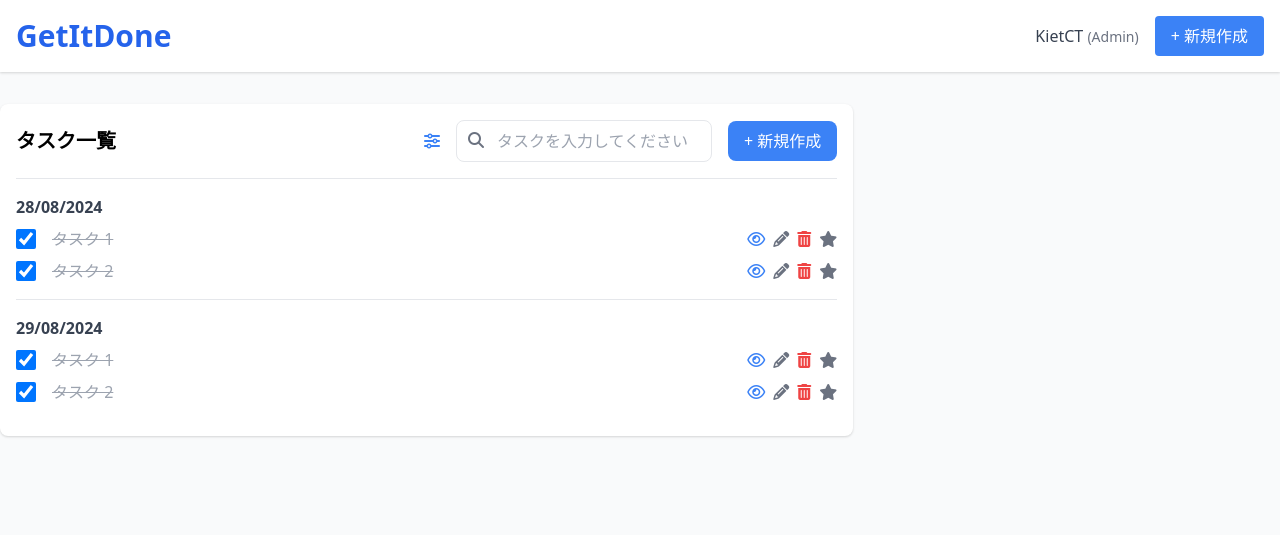
Repository: TuanAnhNguyen723/todolist
Page: mainscreen.html
These files come from the project's save history. The page is drawn as it stood at one moment and after the next save; the edit follows.
The browser window is 1280 px wide. The pictures show the whole page.
Some web libraries are served in a nearby version.

Above is the page before, as saved 2024-09-24 21:50:52.

After the next save:
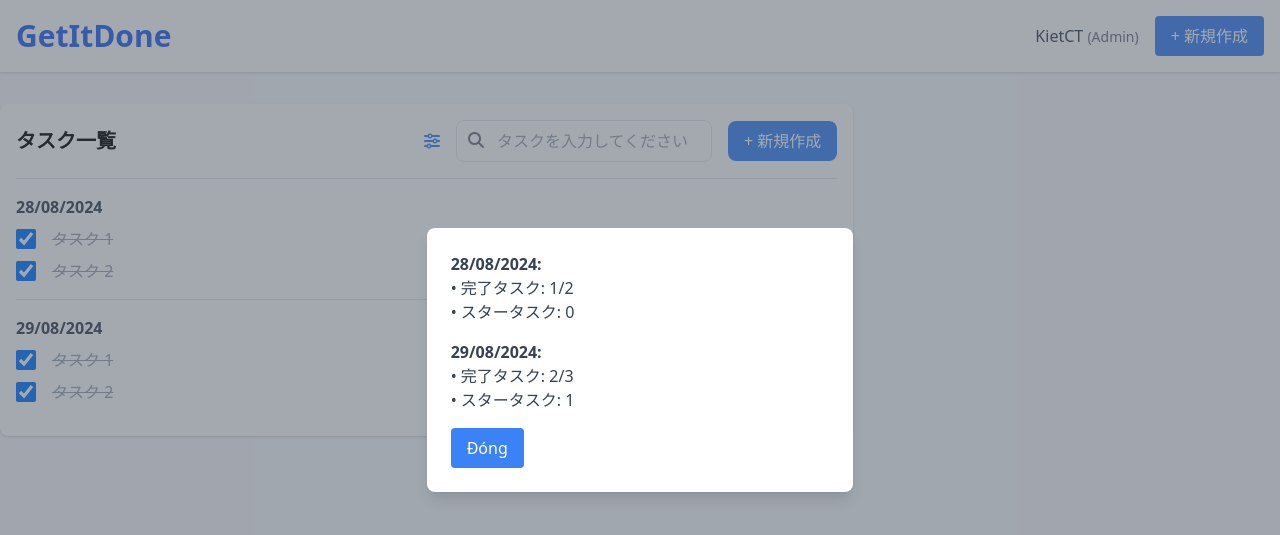
Saved 90 s later.
--- a/mainscreen.html
+++ b/mainscreen.html
@@ -189,7 +189,7 @@
         <!-- Task Completion Summary -->
         <div
           id="task-summary"
-          class="fixed inset-0 bg-gray-600 bg-opacity-50 flex justify-center items-center hidden"
+          class="fixed inset-0 bg-gray-600 bg-opacity-50 flex justify-center items-center"
         >
           <div class="bg-white p-6 rounded-lg shadow-lg w-1/3">
             <h3 class="font-bold text-gray-700">28/08/2024:</h3>

After the save that followed:
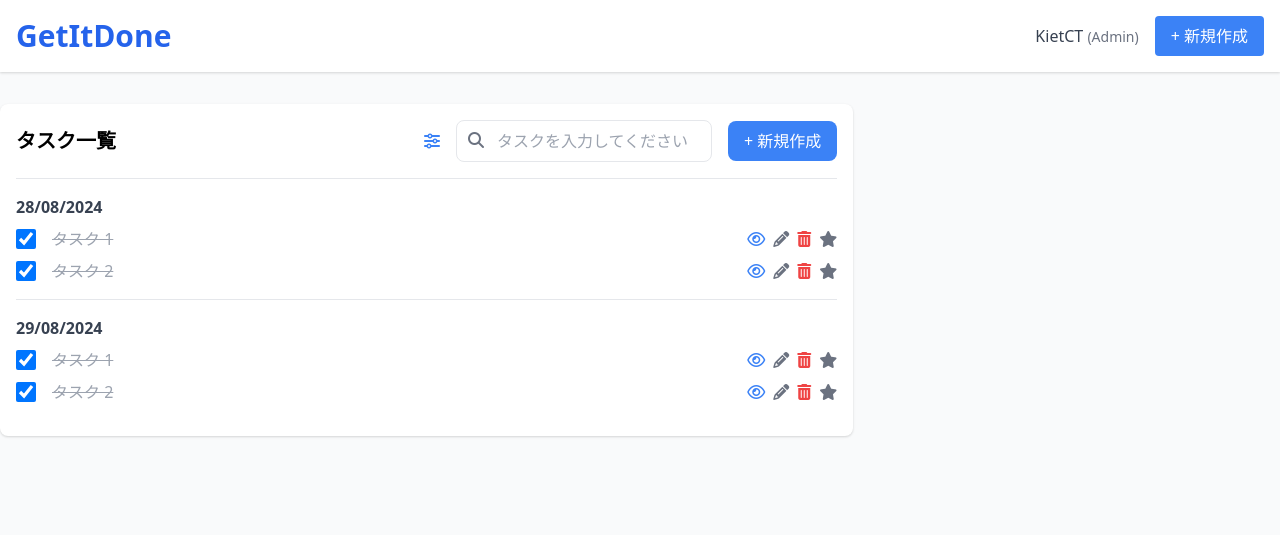
Saved 8 s later.
--- a/mainscreen.html
+++ b/mainscreen.html
@@ -189,7 +189,7 @@
         <!-- Task Completion Summary -->
         <div
           id="task-summary"
-          class="fixed inset-0 bg-gray-600 bg-opacity-50 flex justify-center items-center"
+          class="fixed inset-0 bg-gray-600 bg-opacity-50 flex justify-center items-center hidden"
         >
           <div class="bg-white p-6 rounded-lg shadow-lg w-1/3">
             <h3 class="font-bold text-gray-700">28/08/2024:</h3>
